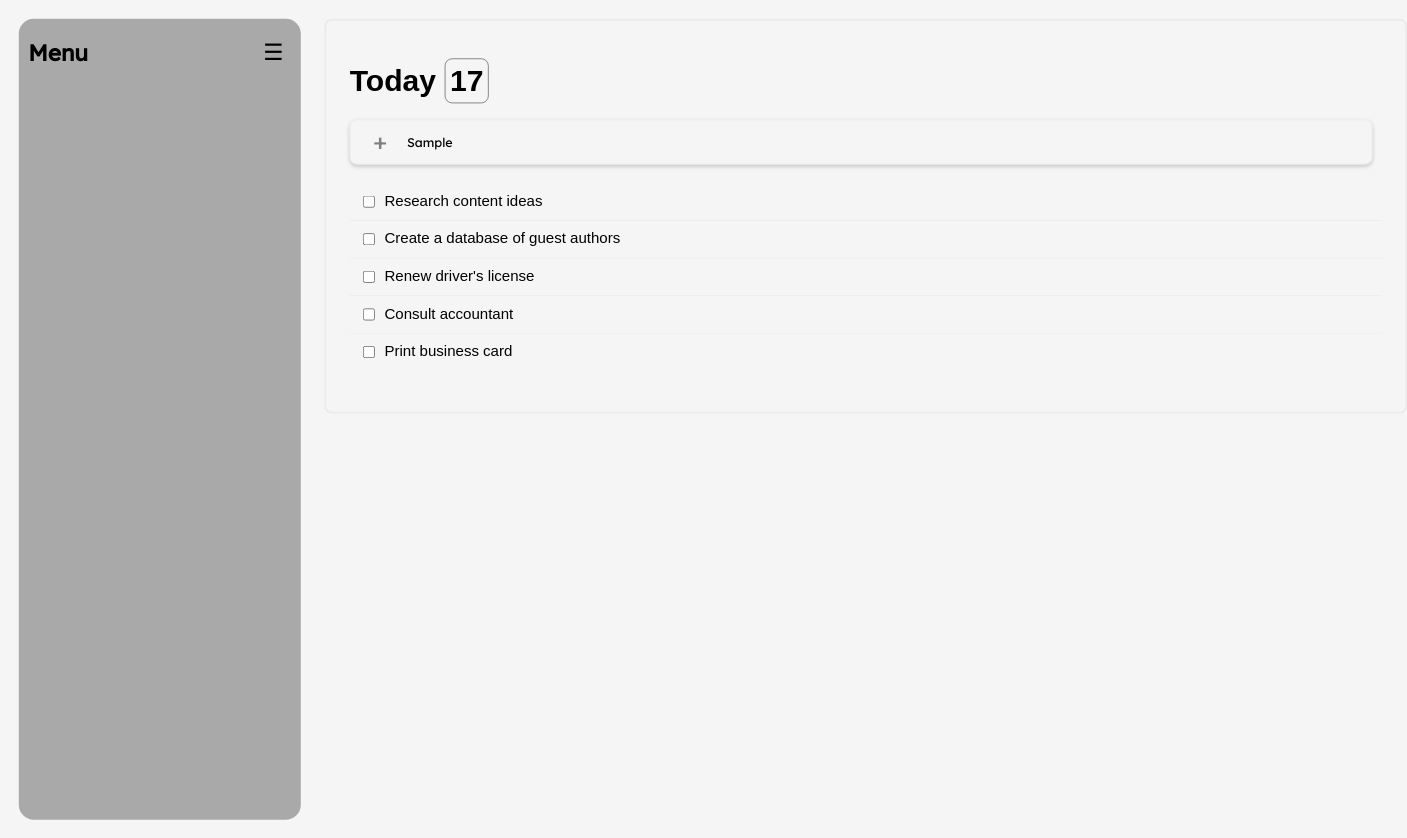
Repository: WeyehnR/Todo-App-e8719e15efb8a3743d14c47aa9ae2115442426d2
Page: Client/index.html
These files come from the project's save history. The page is drawn as it stood at one moment and after the next save; the edit follows.
The browser window is 1280 px wide. The page is 1497 px wide, then 1280 px, so the pictures cover 1497 px, including what lies to the right of the window. The pictures show the whole page, at 94% of full size.
Empty fields were first filled with sample values (such as "Sample", 5 or name@example.com).
After loading, the first visible `#ham-menu-toggle` was clicked once.

Above is the page before, as saved 2023-11-17 15:59:12.

After the next save:
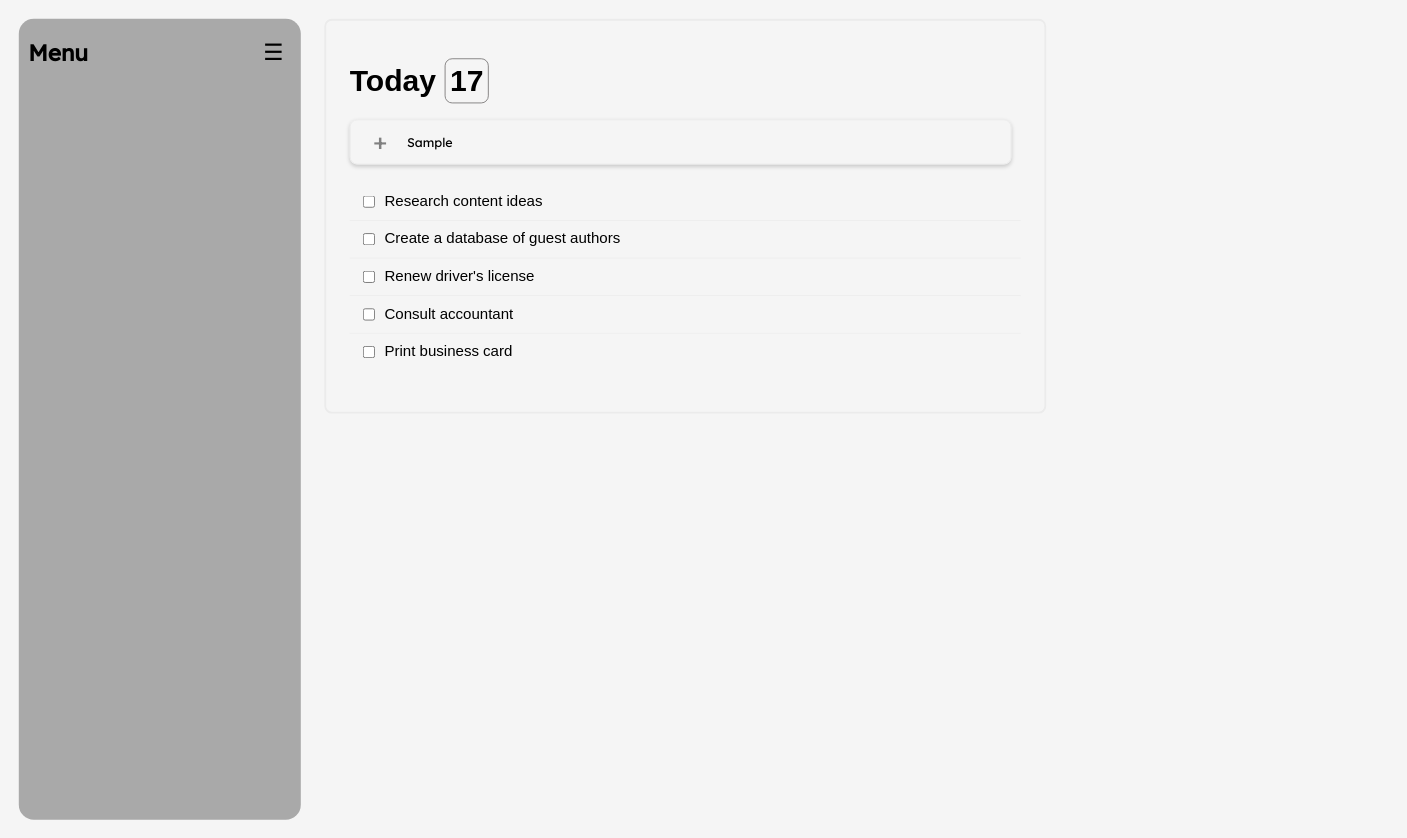
Saved 14 s later.
--- a/Client/styles.css
+++ b/Client/styles.css
@@ -28,7 +28,7 @@ body {
     top: 20px;
     left: 25px;
     right: 80px;
-    width: 90%;
+    width: 60%;
 }
 
 #dayOfMonth {
